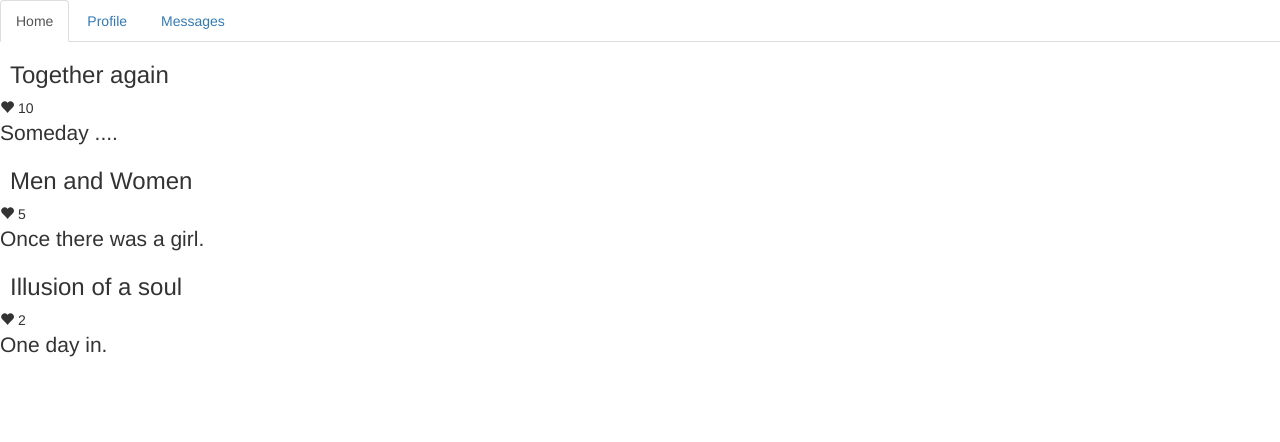
Repository: abdullahi796/MyStory
Page: index.html
The author's editor kept a record of every edit. The page is drawn from the files as they stood at one moment, then again after the next edit.
The browser window is 1280 px wide. The pictures show the whole page.
Some web libraries are served in a nearby version.

Above is the page before.

After the next edit:
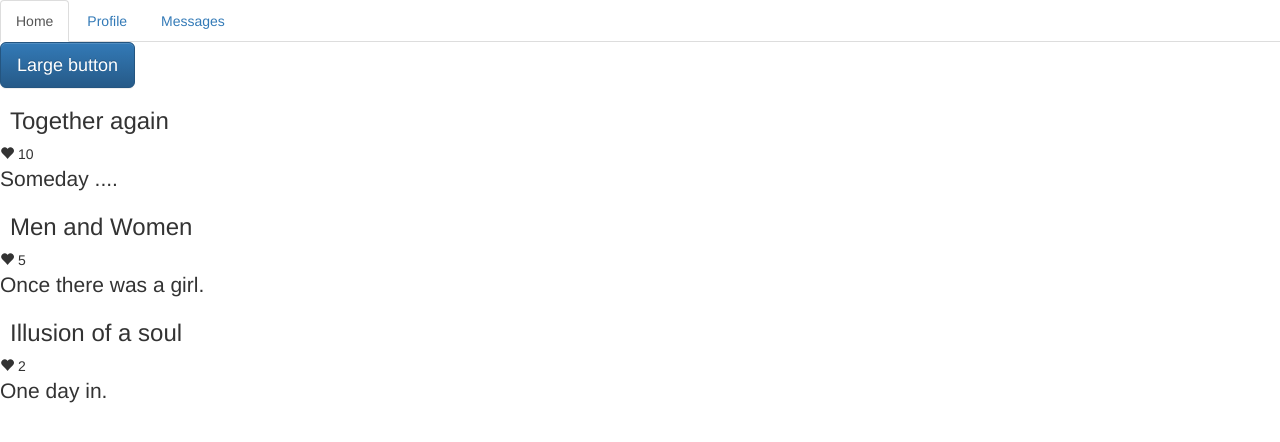
The edit:
--- a/index.html
+++ b/index.html
@@ -23,6 +23,7 @@
           <li role="presentation"><a href="#">Messages</a></li>
         </ul>
         <div id='wrapper' ng-controller='StoryController as storyCtrl'>
+            <button type="button" class="btn btn-primary btn-lg">Large button</button>
             <div id='story' ng-repeat="story in storyCtrl.story | orderBy:'-like'">
               <div ng-controller="dataController as dataCtrl" ng-click='dataCtrl.inject(storyCtrl)'>
                 <div id='text' ng-click='storyCtrl.setForm(story.num)'>
